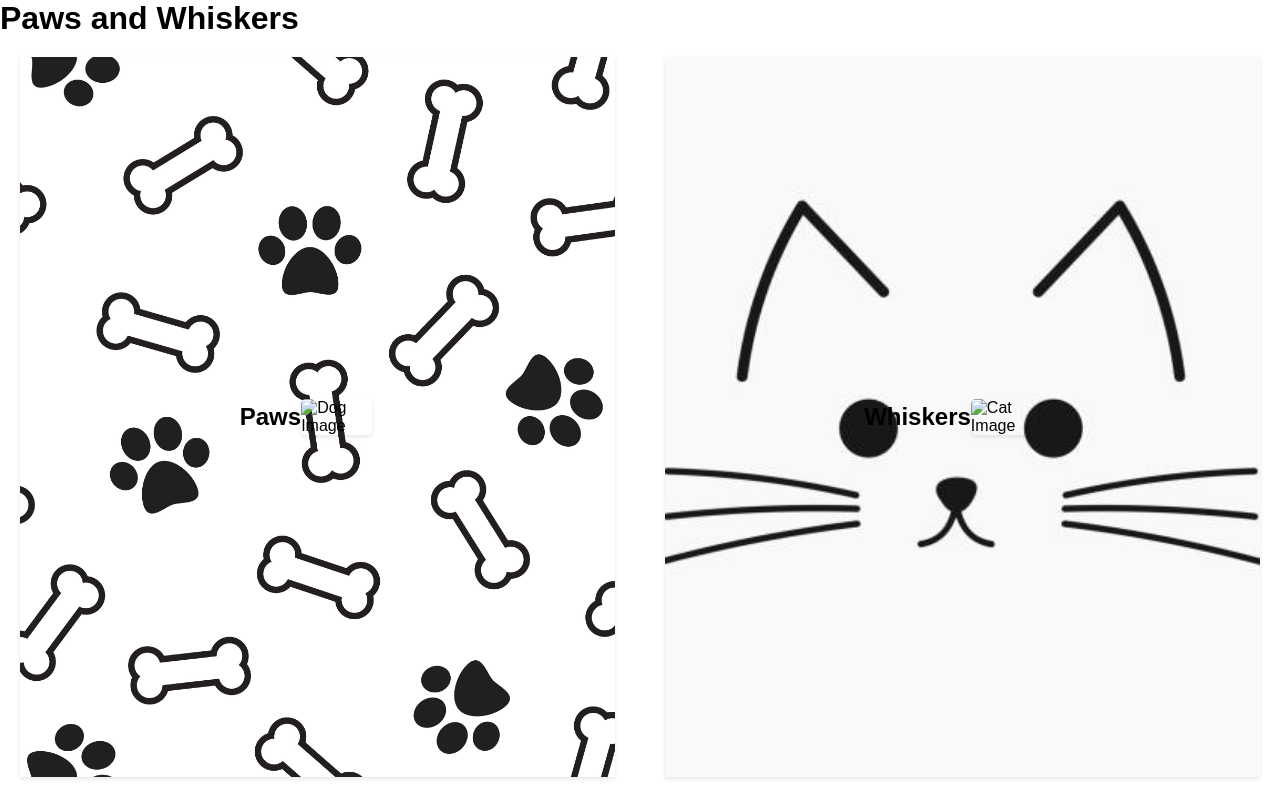
Repository: vimala-pydi/spring-pawsandwhiskers
Page: src/main/webapp/index.html
An editor plug-in stored every save of this project. The page is shown before and after the next save, followed by the edit.
The browser window is 1280 px wide. The pictures show the whole page.
The page's requests for data from a server got no answer.

Above is the page before, as saved 2023-08-21 22:43:18.

After the next save:
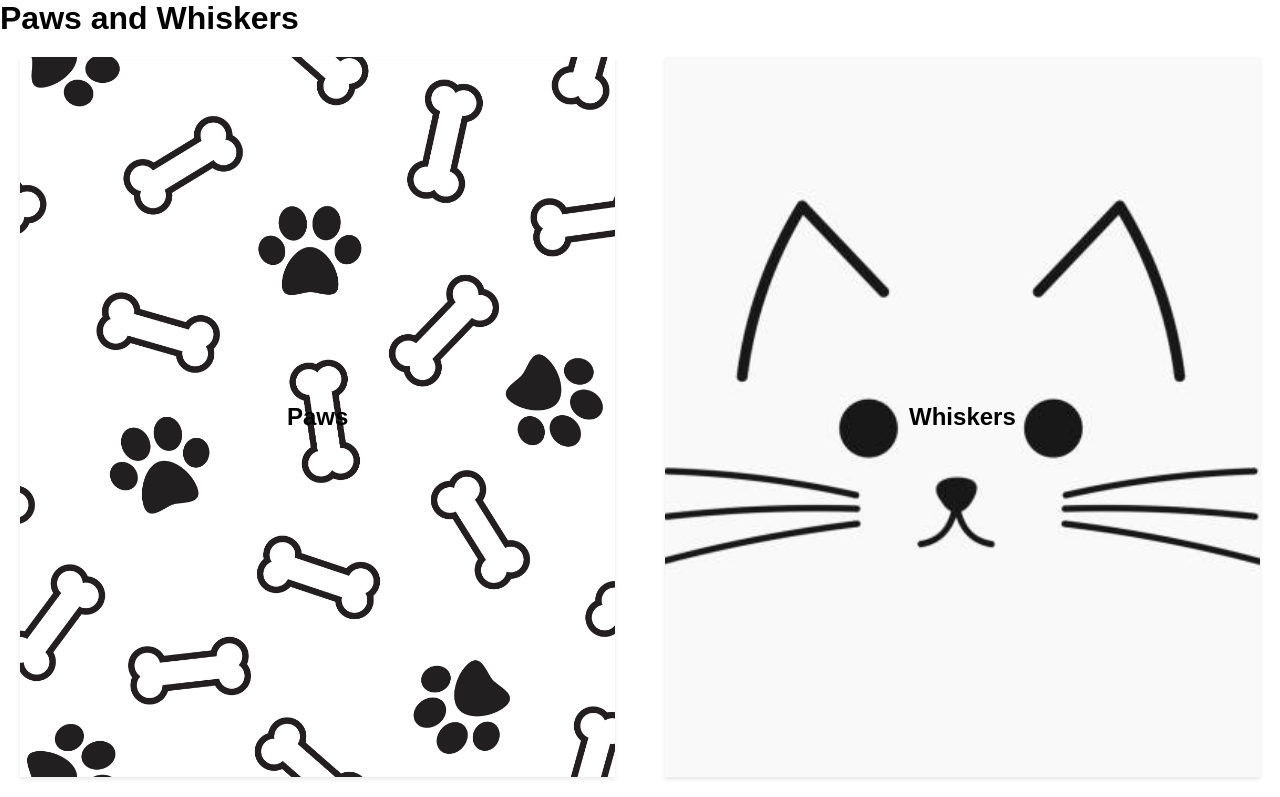
Saved 5 min 52 s later.
--- a/src/main/webapp/index.html
+++ b/src/main/webapp/index.html
@@ -9,51 +9,39 @@
     <div class="container">
         <div class="image-box dogs">
             <h2>Paws</h2>
-            <div id="dogImageContainer">
-                <img id="dogImage" src="" alt="Dog Image">
-            </div>
+            <ul id="dogImageList" class="image-list"></ul>
         </div>
         <div class="image-box cats">
             <h2>Whiskers</h2>
-            <div id="catImageContainer">
-                <img id="catImage" src="" alt="Cat Image">
-            </div>
+            <ul id="catImageList" class="image-list"></ul>
         </div>
     </div>
     <script>
-        const dogImageContainer = document.getElementById('dogImageContainer');
-        const dogImage = document.getElementById('dogImage');
-        const catImageContainer = document.getElementById('catImageContainer');
-        const catImage = document.getElementById('catImage');
+        const dogList = document.getElementById('dogImageList');
+        const catList = document.getElementById('catImageList');
 
         fetch('ImageDisplayServlet')
             .then(response => response.json())
             .then(imageUrls => {
-                const dogImages = imageUrls[0];
-                const catImages = imageUrls[1];
 
-                let currentDogIndex = 0;
-                let currentCatIndex = 0;
+                imageUrls[0].forEach(url => {
+                    const li = document.createElement('li');
+                    const img = document.createElement('img');
+                    img.src = url;
+                    img.alt = 'Dog Image';
+                    li.appendChild(img);
+                    dogList.appendChild(li);
+                });
 
-                // Function to show the next dog image
-                function showNextDogImage() {
-                    dogImage.src = dogImages[currentDogIndex];
-                    currentDogIndex = (currentDogIndex + 1) % dogImages.length;
-                }
+                imageUrls[1].forEach(url => {
+                    const li = document.createElement('li');
+                    const img = document.createElement('img');
+                    img.src = url;
+                    img.alt = 'Cat Image';
+                    li.appendChild(img);
+                    catList.appendChild(li);
+                });
 
-                // Function to show the next cat image
-                function showNextCatImage() {
-                    catImage.src = catImages[currentCatIndex];
-                    currentCatIndex = (currentCatIndex + 1) % catImages.length;
-                }
-
-                // Initially show the first images
-                showNextDogImage();
-                showNextCatImage();
-
-                // Add click event listeners to the containers
-                dogImageContainer.addEventListener('click', showNextDogImage);
-                catImageContainer.addEventListener('click', showNextCatImage);
             })
             .catch(error => console.error('Error fetching image URLs:', error));
     </script>
